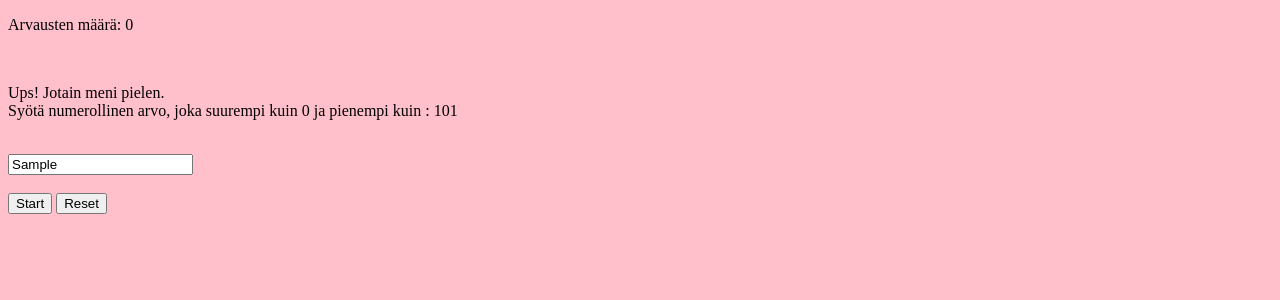
Repository: VadimZubchenko/numeronarvouspeli_JS
Page: public/index.html
An editor plug-in stored every save of this project. The page is shown before and after the next save, followed by the edit.
The browser window is 1280 px wide. The pictures show the whole page.
Empty fields were first filled with sample values (such as "Sample", 5 or name@example.com).
After loading, the first visible `#startGame` was clicked once.

Above is the page before, as saved 2022-04-25 22:39:06.

After the next save:
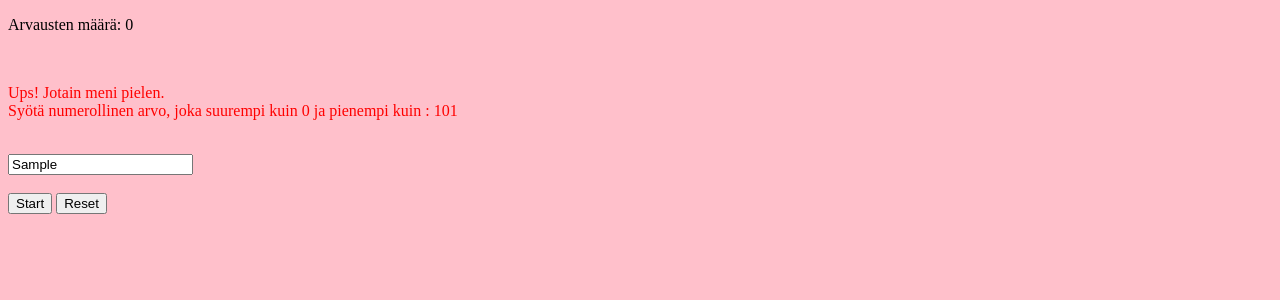
Saved 10 s later.
--- a/public/script.js
+++ b/public/script.js
@@ -43,6 +43,7 @@ function startGame() {
       lastMin +
       " ja pienempi kuin : " +
       lastMax;
+    text.style.color = "red";
     document.body.style.backgroundColor = "pink";
   }
   document.getElementById("maara").innerHTML = "Arvausten määrä: " + kpl;
